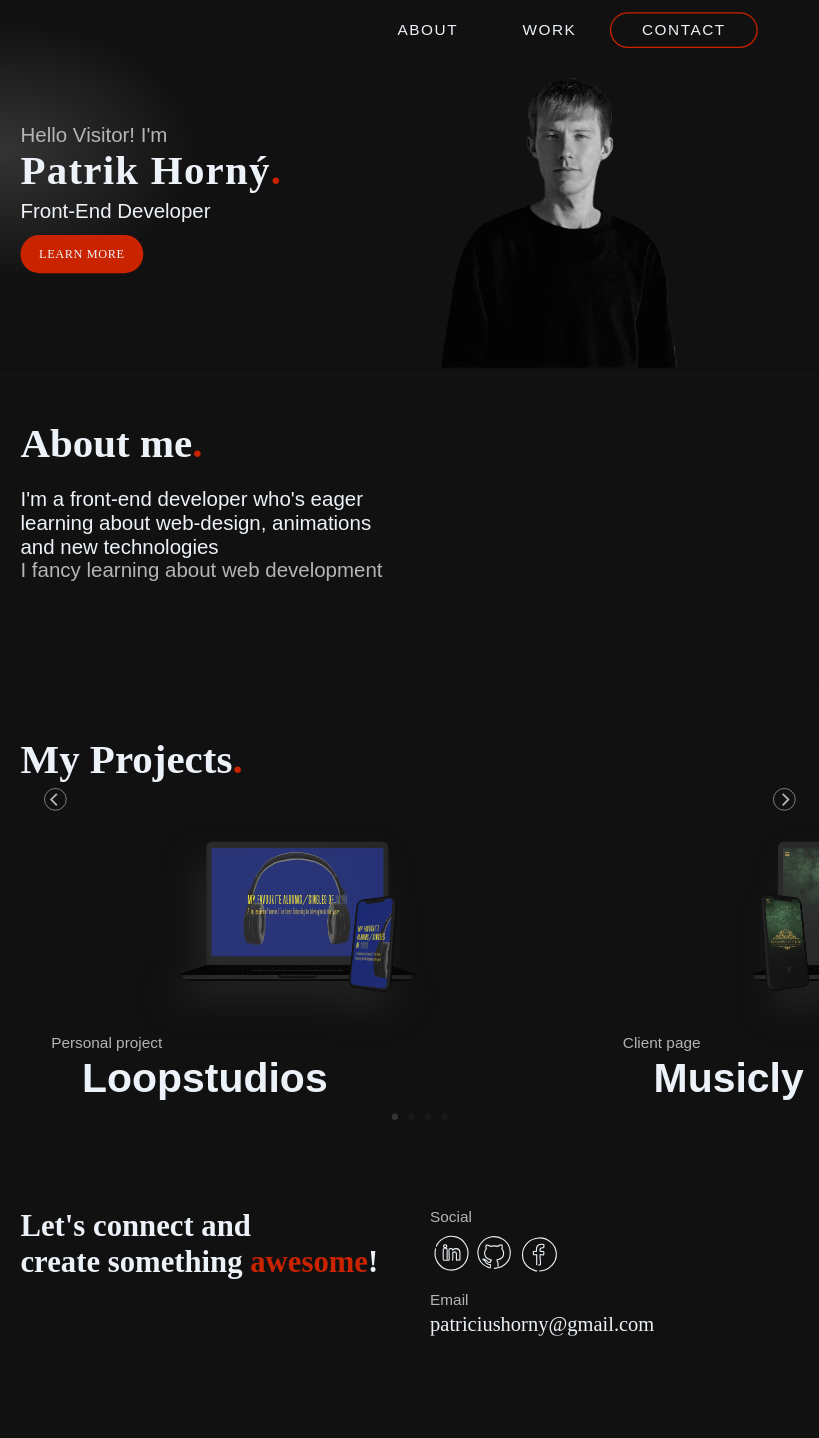
Repository: Spreceriany/portfolio
Page: index.html
An editor plug-in stored every save of this project. The page is shown before and after the next save, followed by the edit.
The browser window is 1280 px wide. The pictures show the whole page, at 64% of full size.
Some web fonts or font styles are not loaded; a fallback is used. The style sheet was rebuilt from its Sass, Less or Tailwind sources for each picture, by a compiler version that may differ from the author's.

Above is the page before, as saved 2021-03-11 15:51:22.

After the next save:
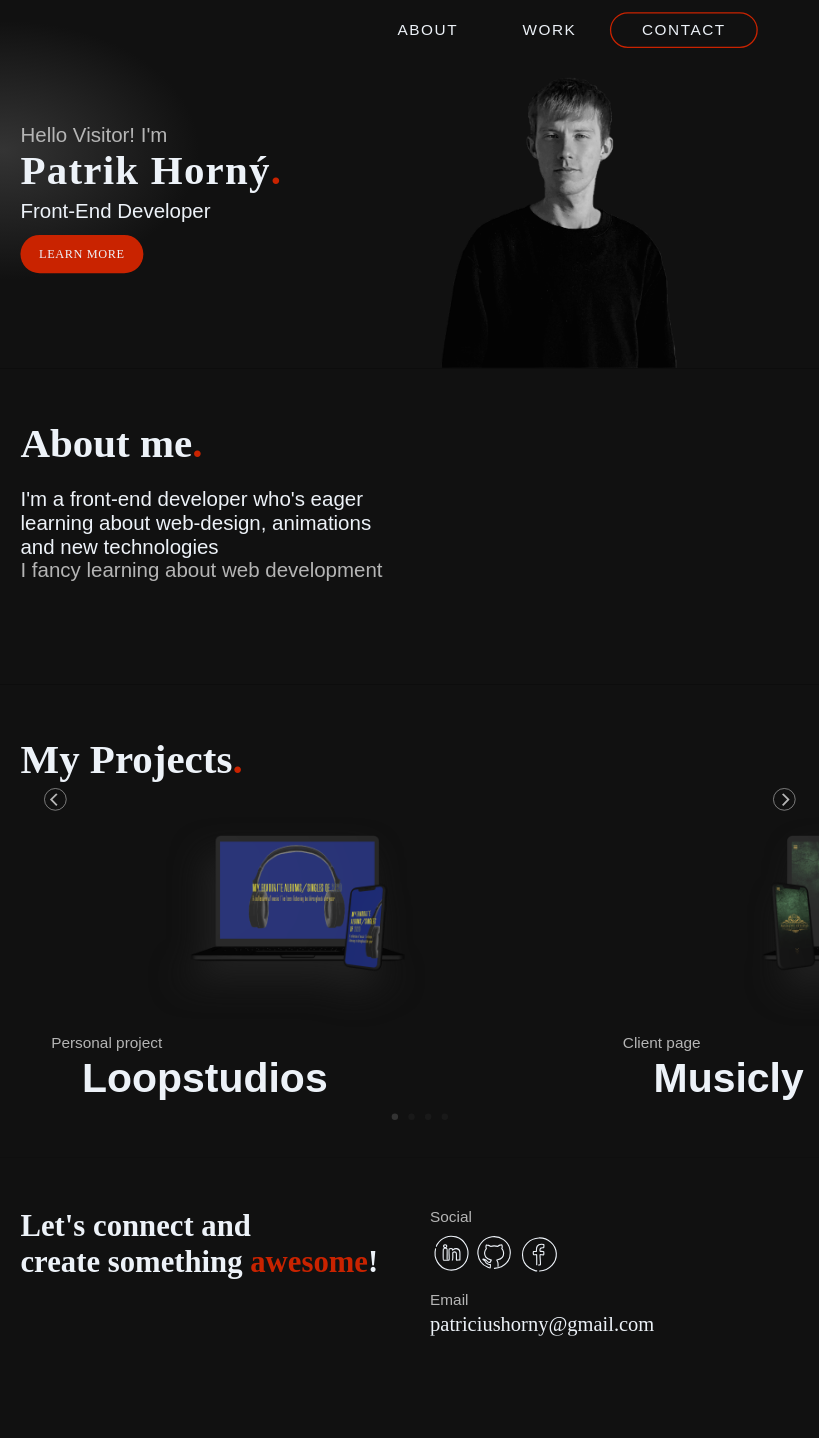
Saved 30 s later.
--- a/css/components/_work.scss
+++ b/css/components/_work.scss
@@ -21,7 +21,7 @@
       margin-right: 2em;
       display: flex;
       flex-direction: column;
-      padding-bottom: 2em;
+      padding-bottom: 5em;
 
 
       .link{
